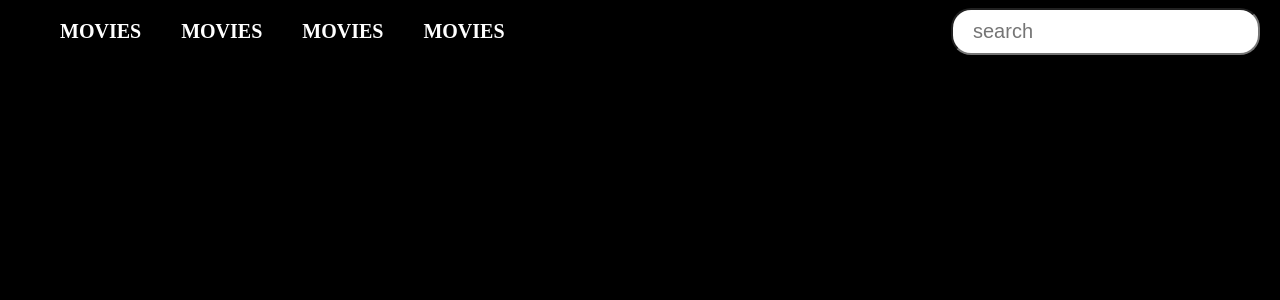
Repository: manahiang/MovieMana
Page: / (app in src/)
The author's editor kept a copy of each file at every save. The page is drawn from the files as they stood at one save, then again after the next save.
The browser window is 1280 px wide. The pictures show the whole page.
The project was rebuilt for these pictures with package versions that can differ from the ones it lists, and the page was loaded fresh each time. Also part of the build but not shown: src/src/App.css.

Above is the page before, as saved 2022-11-14 16:29:10.

After the next save:
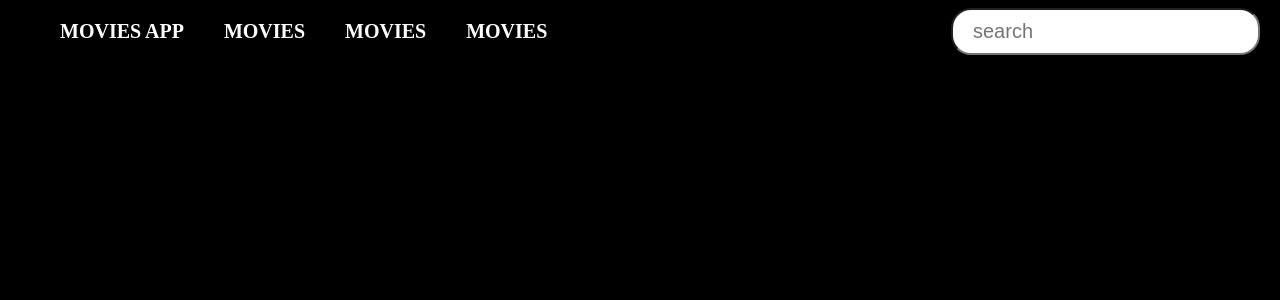
Saved 40 s later.
--- a/src/src/Main.js
+++ b/src/src/Main.js
@@ -7,7 +7,7 @@ function Main(){
                 <div className='navbar'>
                     <div className='menu'>
                         <ul>
-                            <li><a href='#'>Movies</a></li>
+                            <li><a href='#'>Movies App</a></li>
                             <li><a href='#'>Movies</a></li>
                             <li><a href='#'>Movies</a></li>
                             <li><a href='#'>Movies</a></li>
